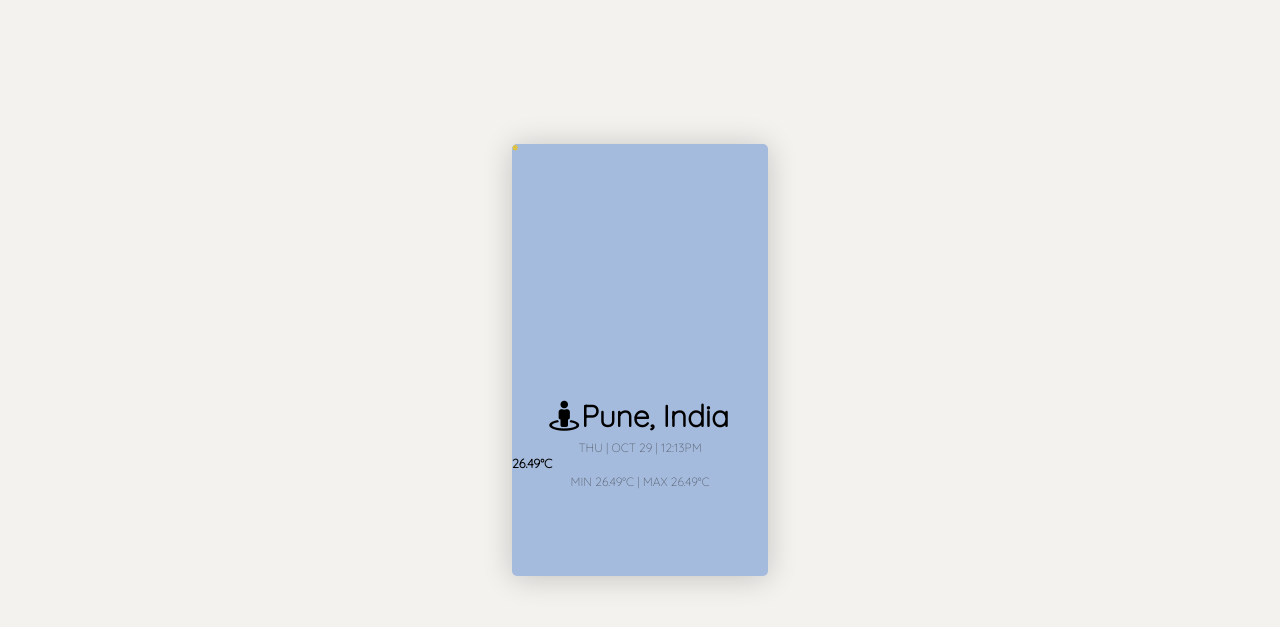
Repository: AalokJadhav/Weather_Website
Page: home.html
The author's editor kept a copy of each file at every save. The page is drawn from the files as they stood at one save, then again after the next save.
The browser window is 1280 px wide. The pictures show the whole page.
Some web libraries are served in a nearby version.

Above is the page before, as saved 2020-10-29 12:33:49.

After the next save:
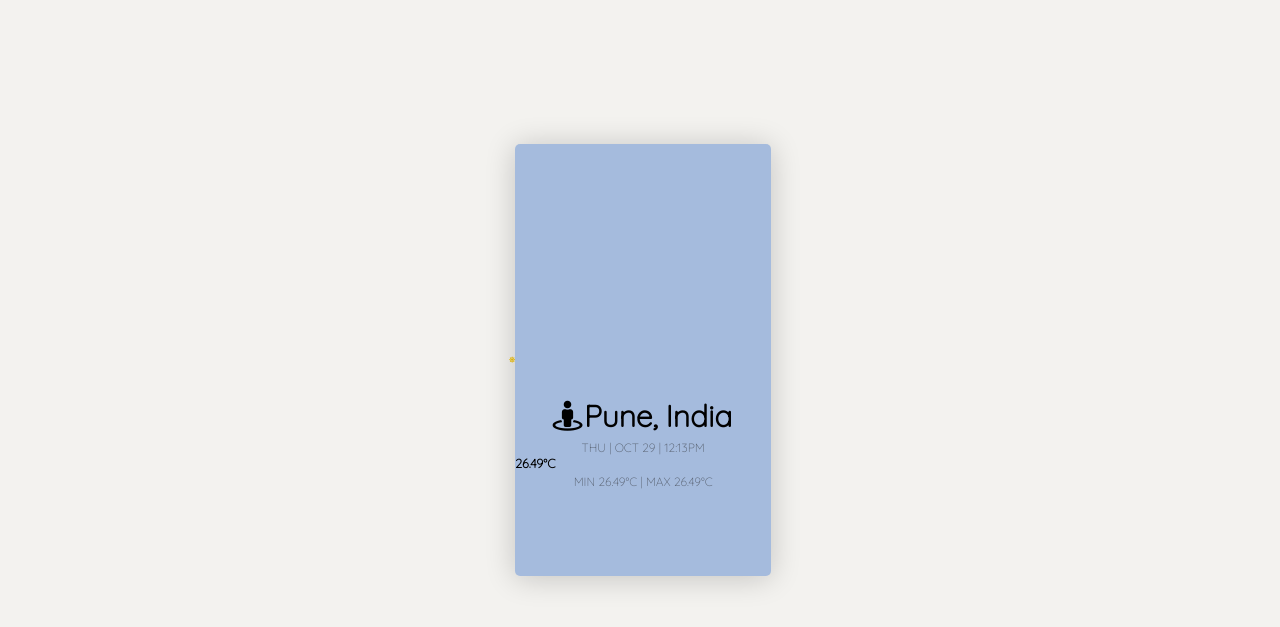
Saved 8 min 37 s later.
--- a/home.html
+++ b/home.html
@@ -202,14 +202,15 @@
     <title>Weather App</title>
 </head>
 <body>
+    <div class="weathercon">
+        <i class="fas fa-sun" style="color: #f1c40f;"></i>
+    </div>
     <div class ="box">
         <div class="wave-one"></div>
         <div class="wave-two"></div>
         <div class="wave-three"></div>
 
-        <div class="weathercon">
-            <i class="fas fa-sun" style="color: #f1c40f;"></i>
-        </div>
+
 
         <div class="info">
             <h2 class="location"><i class="fas fa-street-view"></i>Pune, India</h2>

After the save that followed:
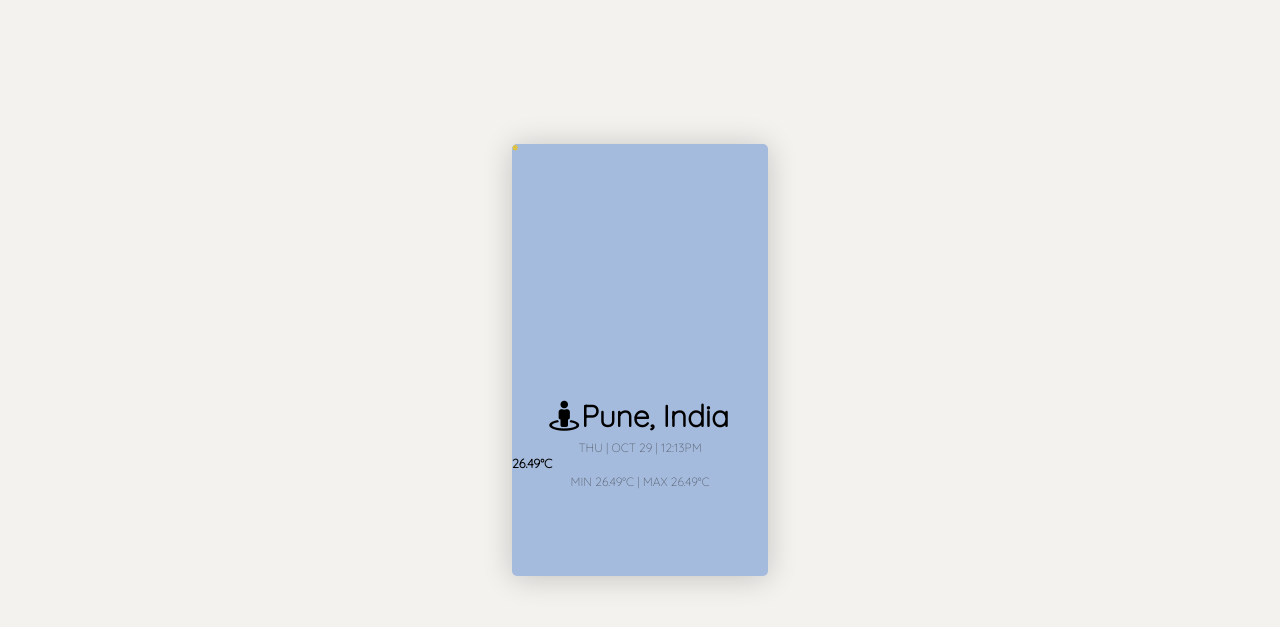
Saved 19 s later.
--- a/home.html
+++ b/home.html
@@ -202,15 +202,14 @@
     <title>Weather App</title>
 </head>
 <body>
-    <div class="weathercon">
-        <i class="fas fa-sun" style="color: #f1c40f;"></i>
-    </div>
     <div class ="box">
         <div class="wave-one"></div>
         <div class="wave-two"></div>
         <div class="wave-three"></div>
 
-
+        <div class="weathercon">
+            <i class="fas fa-sun" style="color: #f1c40f;"></i>
+        </div>
 
         <div class="info">
             <h2 class="location"><i class="fas fa-street-view"></i>Pune, India</h2>
